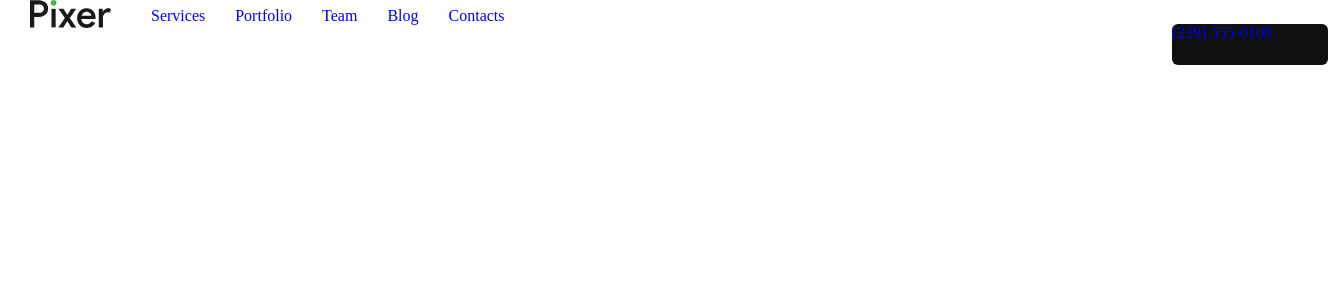
Repository: UlugbekAbdurasulov/pixar
Page: index.html
The author's editor kept a copy of each file at every save. The page is drawn from the files as they stood at one save, then again after the next save.
The browser window is 1280 px wide. The page is 1328 px wide, so the pictures cover 1328 px, including what lies to the right of the window. The pictures show the whole page.

Above is the page before, as saved 2023-06-04 23:12:10.

After the next save:
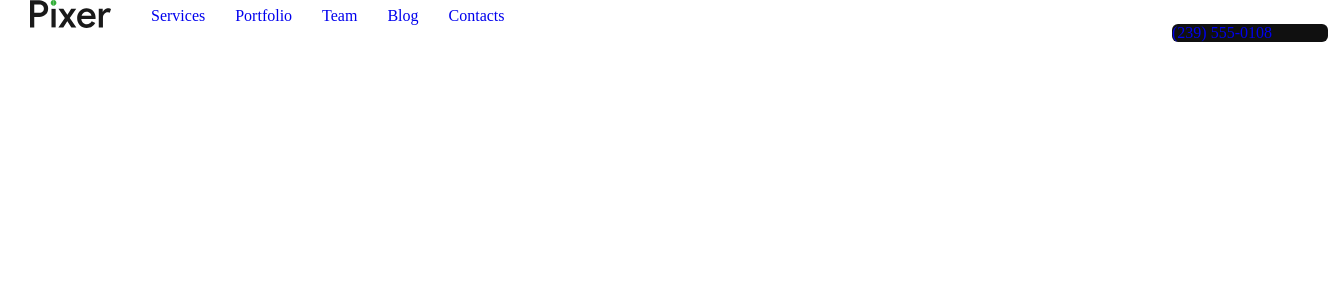
Saved 5 s later.
--- a/css/main.css
+++ b/css/main.css
@@ -80,7 +80,7 @@
     background-color:rebeccapurple;
     position: absolute;
 width: 156px;
-height: 41px;
+
 left: 1172px;
 top: 24px;
 
